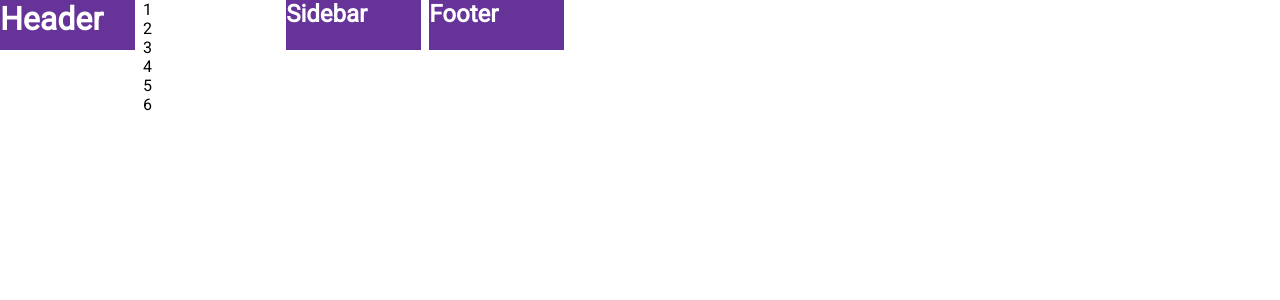
Repository: JavaProgrammerFromEastEurope/project-css-full-tutorial
Page: 15_lesson/index.html
These files come from the project's save history. The page is drawn as it stood at one moment and after a run of saves; the edit follows.
The browser window is 1280 px wide. The pictures show the whole page.

Above is the page before, as saved 2023-04-07 11:47:34.

### 15_lesson/index.html
<!DOCTYPE html>
<html lang="en">
  <head>
    <meta charset="UTF-8" />
    <meta http-equiv="X-UA-Compatible" content="IE=edge" />
    <meta name="viewport" content="width=device-width, initial-scale=1.0" />
    <title>CSS Grid</title>
    <link rel="stylesheet" href="css/style.css" />
  </head>

  <body>
    <header class="header el"><h1>Header</h1></header>
    <main class="container">
      <div class="box">1</div>
      <div class="box">2</div>
      <div class="box">3</div>
      <div class="box">4</div>
      <div class="box">5</div>
      <div class="box">6</div>
    </main>
    <aside class="sidebar el"><h2>Sidebar</h2></aside>
    <footer class="footer el"><h2>Footer</h2></footer>
  </body>
</html>

### 15_lesson/css/style.css
@import url('https://fonts.googleapis.com/css2?family=Roboto&display=swap');

* {
  margin: 0;
  padding: 0;
  box-sizing: border-box;
}

body {
  font-family: 'Roboto', sans-serif;
  min-height: 100vh;

  display: grid;
  grid-template-columns: repeat(9, 1fr);
  grid-auto-rows: 50px auto 50px;
  grid-template-areas:
    'hd hd hd hd hd hd hd hd hd'
    'mn mn mn mn mn mn mn sb sb'
    'ft ft ft ft ft ft ft ft ft';
  column-gap: 0.5rem;
}

.el {
	background-color: rebeccapurple;
	color: #fff;

}

After the next 6 saves:
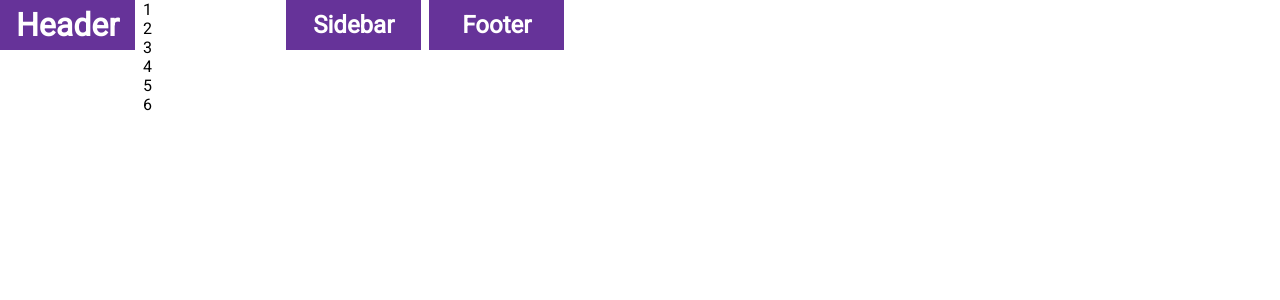
The 6 saves are shown as one change because they came seconds apart.
The last was saved 14 s later.
--- a/15_lesson/css/style.css
+++ b/15_lesson/css/style.css
@@ -23,5 +23,6 @@ body {
 .el {
 	background-color: rebeccapurple;
 	color: #fff;
-
+	display: grid;
+	place-content: center;
 }
